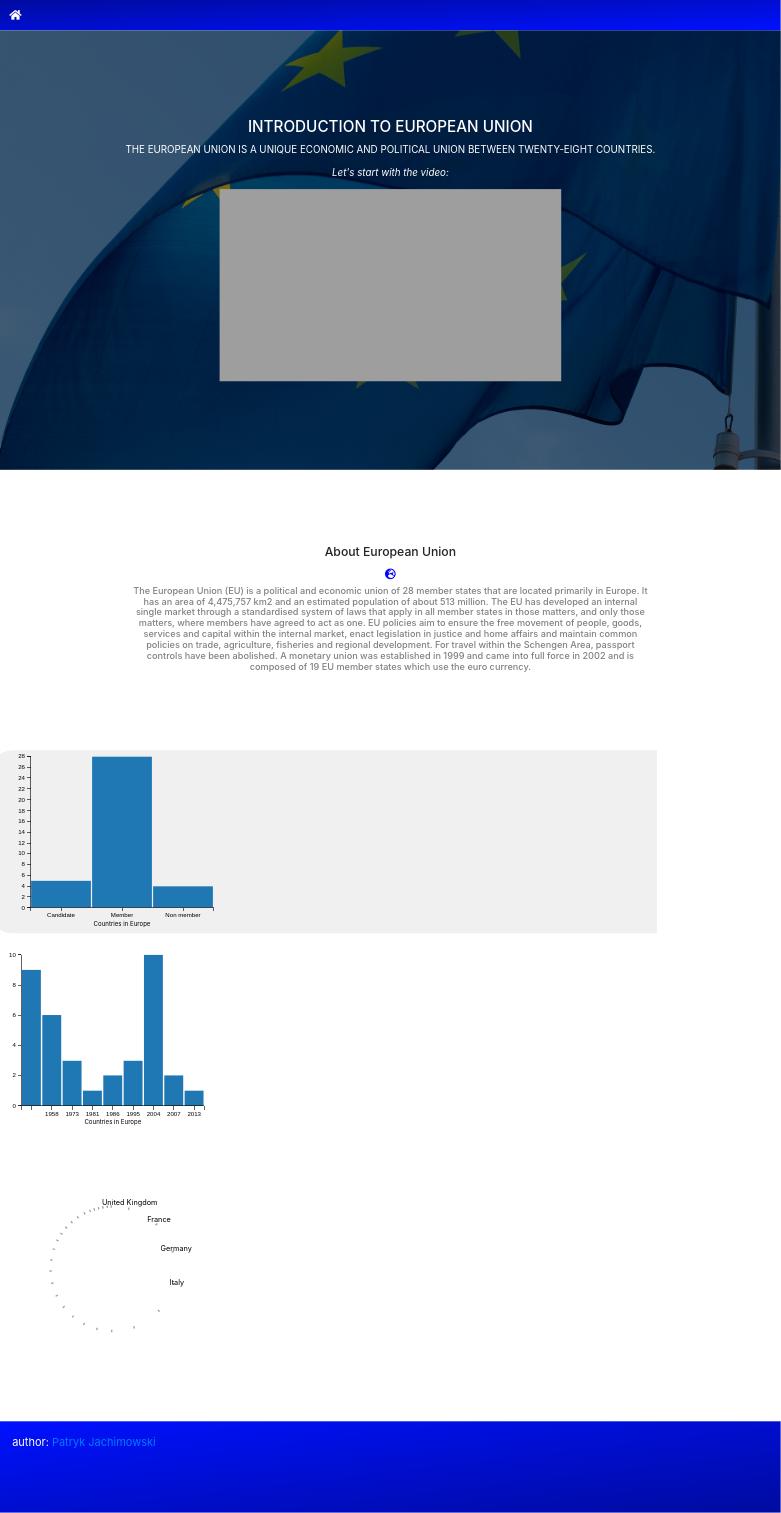
Repository: pjachimowski/renewable
Page: index.html
The author's editor kept a record of every edit. The page is drawn from the files as they stood at one moment, then again after the next edit.
The browser window is 1280 px wide. The pictures show the whole page, at 61% of full size.
Pictures or frames that could not be fetched are drawn as grey boxes. Backgrounds fixed to the window are drawn as part of the page. Some web fonts or font styles are not loaded; a fallback is used. Some web libraries are served in a nearby version.

Above is the page before.

### index.html
<!DOCTYPE html>
<html lang="en">

<head>
    <meta charset="UTF-8">
    <meta name="viewport" content="width=device-width, initial-scale=1.0">
    <meta http-equiv="X-UA-Compatible" content="ie=edge">

    <title>EU Stats</title>

    <link rel="stylesheet" href="static/css/style.css" type="text/css" />
    <link rel="stylesheet" href="static/css/dc.min.css" type="text/css" />
    <link rel="stylesheet" href="static/css/bootstrap.min.css" type="text/css" />
    <link rel="stylesheet" href="https://maxcdn.bootstrapcdn.com/bootstrap/4.1.3/css/bootstrap.min.css">
    <link rel="stylesheet" href="https://use.fontawesome.com/releases/v5.6.1/css/all.css" integrity="sha384-gfdkjb5BdAXd+lj+gudLWI+BXq4IuLW5IT+brZEZsLFm++aCMlF1V92rMkPaX4PP" crossorigin="anonymous">
    <link href="https://fonts.googleapis.com/css?family=Akronim|Raleway" rel="stylesheet">


    <script type="text/javascript" src="static/js/d3.min.js"></script>
    <script type="text/javascript" src="static/js/crossfilter.min.js"></script>
    <script type="text/javascript" src="static/js/dc.min.js"></script>
    <script type="text/javascript" src="static/js/queue.min.js"></script>
    <script type="text/javascript" src="static/js/graphs2.js"></script>
</head>

<body>

    <!-- navbar --------------------------------------------------------------------------------------------->

    <nav class="mynavbar navbar-expand-sm">
        <div>
            <a href="../index.html">
                <p class="fas fa-home home"></p>
            </a>
        </div>
    </nav>

    <!-- callout --------------------------------------------------------------------------------------------->

    <section class="container-callout container-fluid">
        <div class="opaque-overlay">&nbsp;</div>
        <div class="row">
            <div class="col-12 text-center">
                <div>
                    <h1 class="title1">Introduction to European Union</h1>
                </div>
                <div>
                    <p class="title2">The European Union is a unique economic and political union between twenty-eight countries.
                    </p>
                    <p class="title3">Let's start with the video:</p>
                    <iframe width="560" height="315" src="https://www.youtube.com/embed/9eufLQ3sew0" frameborder="0" allow="accelerometer; autoplay; encrypted-media; gyroscope; picture-in-picture" allowfullscreen></iframe>
                </div>
            </div>
        </div>

    </section>
    <!------- intro ------->

    <section class="container-callout-2">
        <div class="row">
            <div class="col-2"></div>
            <div class="col-8 intro text-center">
                <div>
                    <h2>About European Union</h2>
                </div>
                <i class="fas fa-globe-europe devider"></i>
                <div>
                    <h4 class="text2">
                        The European Union (EU) is a political and economic union of 28 member states that are located primarily in Europe. It has an area of 4,475,757 km2 and an estimated population of about 513 million. The EU has developed an internal single market through
                        a standardised system of laws that apply in all member states in those matters, and only those matters, where members have agreed to act as one. EU policies aim to ensure the free movement of people, goods, services and capital
                        within the internal market, enact legislation in justice and home affairs and maintain common policies on trade, agriculture, fisheries and regional development. For travel within the Schengen Area, passport controls have been
                        abolished. A monetary union was established in 1999 and came into full force in 2002 and is composed of 19 EU member states which use the euro currency.
                    </h4>
                </div>
            </div>
            <div class="col-2"></div>
        </div>

    </section>


    <!---- graphs ------------------->


    <section>
        <div class="row chart1">
            <div col-2></div>
            <div class="col-10 card-styling">
                <div id="members_balance">
                </div>
            </div>
        </div>
        <div class="row chart1">
            <div id="year_accession"></div>
        </div>
        <div class="row chart1">
            <div id="council_votes"></div>
        </div>
        <div class="row chart1">
            <div id="parliament-seats"></div>
        </div>
    </section>

    <footer class="">
        <div class="footer">
            <p class="author">author: <a href="https://github.com/pjachimowski">Patryk Jachimowski</a></p>
        </div>
    </footer>
</body>

</html>

### static/css/style.css
html,
body {
    overflow-x: hidden;
}

body {
    font-family: "Railway", sans-serif;
}

/*------- navbar ---------------*/

.home {
    color: white;
    font-size: large;
    margin: 15px 15px 15px 15px;
}

.mynavbar {
    background-image: linear-gradient(to bottom right, #000B9F, #0011FF);
    position: relative;
    min-height: 50px;
    margin-bottom: 0px;

}

/*------- callout -----------*/

.container-callout {
    height: 100vh;
    background: url("../../assets/background1.jpg") no-repeat bottom right fixed;
    -webkit-background-size: cover;
    -moz-background-size: cover;
    -o-background-size: cover;
    background-size: cover;
    display: flex;
    align-items: center;
    justify-content: center;
    position: relative;
    margin-bottom: 50px;
}

.opaque-overlay {
    position: absolute;
    top: 0;
    left: 0;
    height: 100%;
    width: 100%;
    background-color: rgba(0, 0, 0, 0.5);
}

.title1 {
    color: white;
    text-transform: uppercase;

}

.title2 {
    font-size: medium;
    text-transform: uppercase;
    margin: 10px 50px 15px 50px;
    display: block;
    color: white;
}

.title3 {
    font-size: medium;
    font-style: italic;
    margin: 10px 50px 15px 50px;
    display: block;
    color: white;
}
/*---------- intro ----------*/

.container-callout-2 {
    height: 50vh;
    margin-bottom: 50px;
    -webkit-background-size: cover;
    -moz-background-size: cover;
    -o-background-size: cover;
    background-size: cover;
    display: flex;
    align-items: center;
    justify-content: center;
    position: relative;
}

.devider {
    color: blue;
    font-size: large;
    margin: 10px;
}

.text2 {
    color: gray;
}

/* ----------- charts cointainers --------*/

.chart1 {
    display: block;
    margin: 15px 10px 25px 10px;
}

.card-styling {
    background-color: #F0F0F0;
    border-radius: 35px 0px 0px 35px;
}

.charts {
    margin: 20px;
}

.about-charts {
    text-align: center;
}

/* ---------- footer ---------*/

.footer {
    background-image: linear-gradient(to bottom right, #0011FF, #000B9F);
    min-height: 150px;
    width: 100%;
    color: white;
    position: relative;
}

.author {
    font-size: large;
    padding: 20px 40px 10px 20px;
}

### static/js/graphs2.js
queue()
    .defer(d3.csv, "data/states.csv")
    .await(makeGraphs);

function makeGraphs(error, statesData) {
    var ndx = crossfilter(statesData);

    show_members_balance(ndx);
    show_year_accession(ndx);

    // pie charts

    show_council_votes(ndx);
    // show_parliament_seats(ndx);

    dc.renderAll();
}

/* ------ show_members_balance --------*/

function show_members_balance(ndx) {
    var dim = ndx.dimension(dc.pluck('European_Union'));
    var group = dim.group();

    dc.barChart("#members_balance")
        .width(400)
        .height(300)
        .margins({ top: 10, right: 50, bottom: 30, left: 50 })
        .dimension(dim)
        .group(group)
        .transitionDuration(500)
        .x(d3.scale.ordinal())
        .xUnits(dc.units.ordinal)
        .elasticY(true)
        .xAxisLabel("Countries in Europe")
        .yAxis().ticks(20);
}

/* ------ show_year_accession --------*/

function show_year_accession(ndx) {
    var dim = ndx.dimension(dc.pluck('Accession_Year'));
    var group = dim.group();

    dc.barChart("#year_accession")
        .width(400)
        .height(300)
        .margins({ top: 10, right: 50, bottom: 30, left: 50 })
        .dimension(dim)
        .group(group)
        .transitionDuration(500)
        .x(d3.scale.ordinal())
        .xUnits(dc.units.ordinal)
        .elasticY(true)
        .xAxisLabel("Countries in Europe")
        .yAxis().ticks(5);
}

/* ----- show_council_votes ------------*/

function show_council_votes(ndx) {
    var dim = ndx.dimension(d => d.country);
    var group = dim.group().reduceSum(d => d.council_votes);

    dc.pieChart("#council_votes")
        .height(400)
        .width(400)
        .radius(100)
        .slicesCap(37)
        .innerRadius(100)
        .dimension(dim)
        .group(group)
        .renderLabel(true)
        .drawPaths(true)
        .externalLabels(8);
        // .on('pretransition', function(chart) {
        //    chart.selectAll('text.pie-slice').text(function(d) {
       //         return d.data.key + ': ' + Math.round((d.endAngle - d.startAngle) / (2  Math.PI)  100) + '%';
        //    });
       // });
}





/*

var pieChart = dc.pieChart('#council_votes');
// d3.csv("data/.csv", function(errors, people) {
// console.log(people);
// var mycrossfilter = crossfilter(people);

var councilDimension = mycrossfilter.dimension(function(data) {
    return data.council_votes;
});
var councilGroup = councilDimension.group().reduceCount();

pieChart
    .width(800)
    .height(300)
    .dimension(councilDimension)
    .group(councilGroup)
    .on('renderlet', function(chart) {
        chart.selectAll('rect').on('click', function(d) {
            console.log('click!', d);
        });
    });


*/
/* ----- show_parliament_seats ------------*/

Loaded but not shown: static/css/dc.min.css (library); static/css/bootstrap.min.css (library); static/js/d3.min.js (library); static/js/crossfilter.min.js (library); static/js/dc.min.js (library); static/js/queue.min.js (common file)

After the next edit:
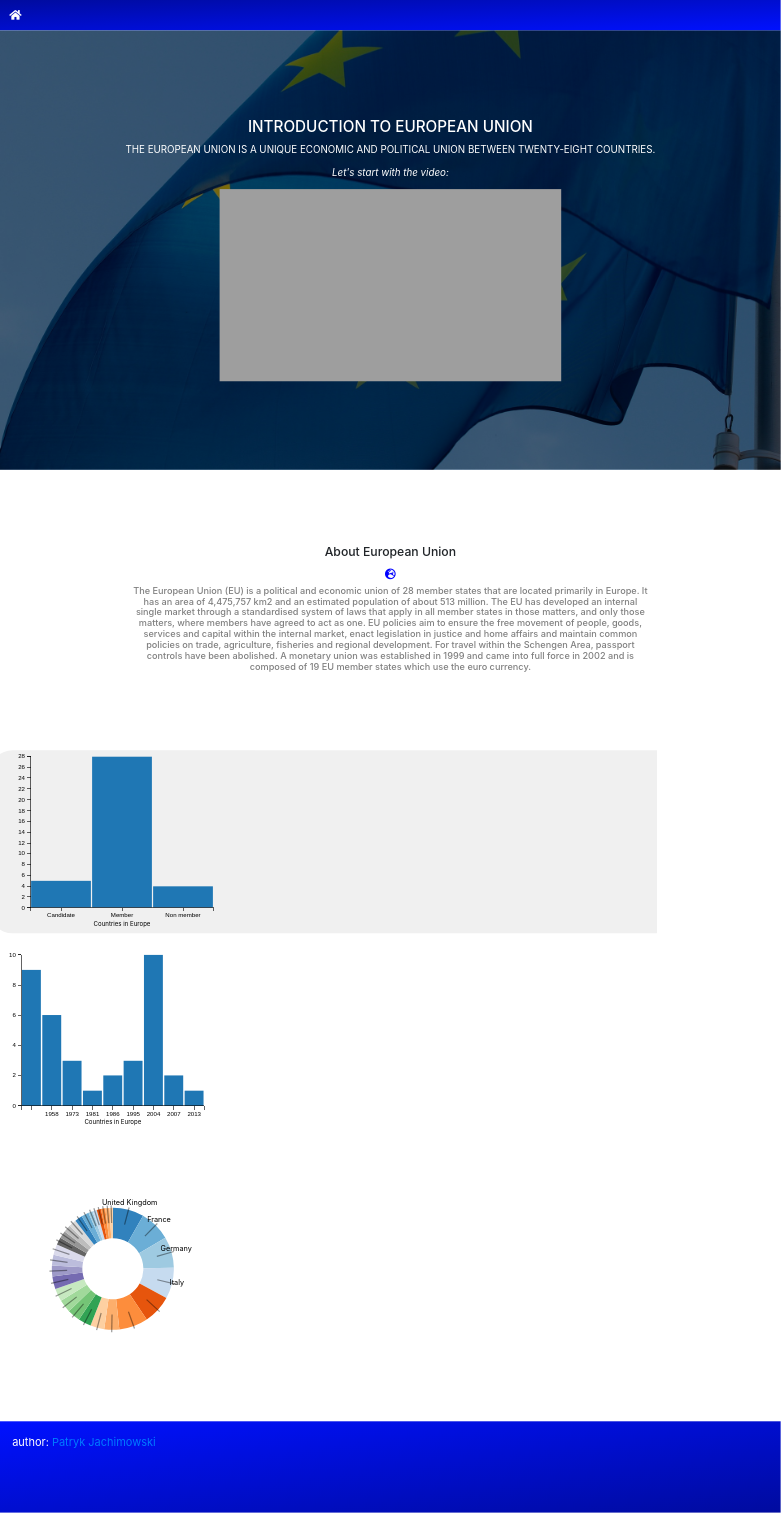
The edit:
--- a/static/js/graphs2.js
+++ b/static/js/graphs2.js
@@ -67,7 +67,7 @@
         .width(400)
         .radius(100)
         .slicesCap(37)
-        .innerRadius(100)
+        .innerRadius(50)
         .dimension(dim)
         .group(group)
         .renderLabel(true)
